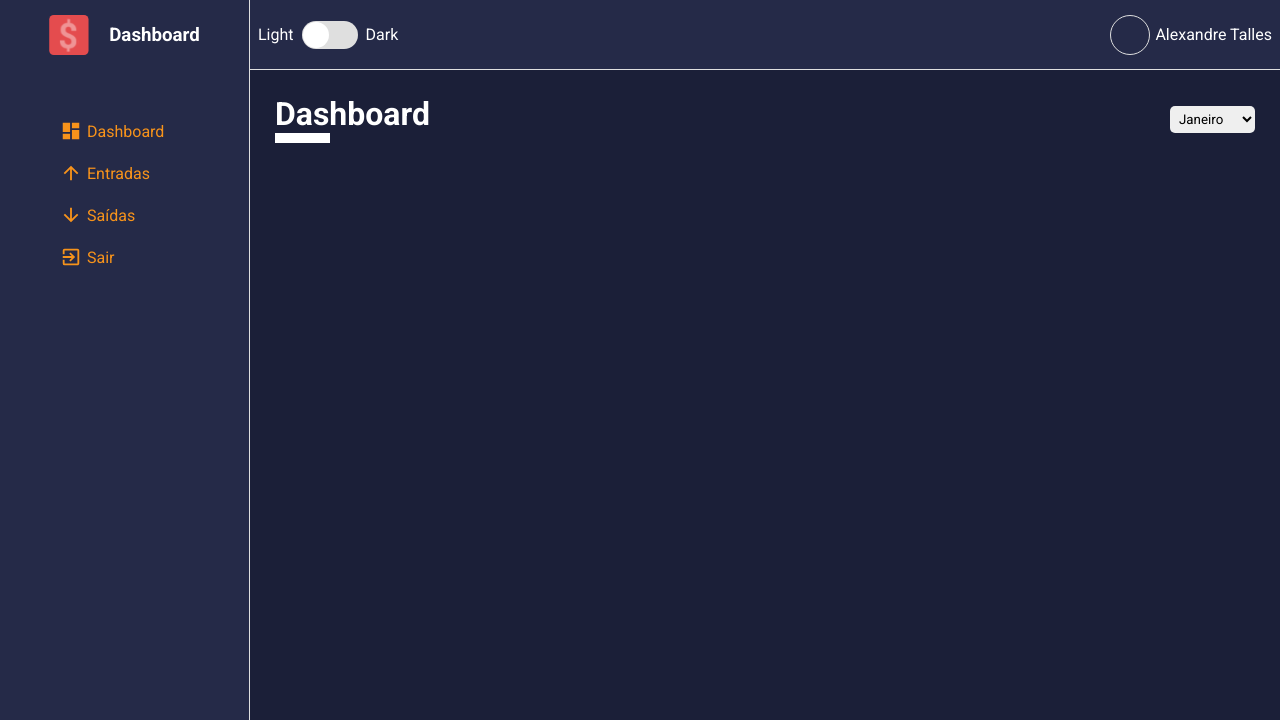
Repository: XFERRER7/dashboard
Page: /
An editor plug-in stored every save of this project. The page is shown before and after a run of saves, followed by the edit.
The browser window is 1280 px wide. The pictures show the whole page.
The project was rebuilt for these pictures with package versions that can differ from the ones it lists, and the page was loaded fresh each time. Also part of the build but not shown: vite.config.ts.

Above is the page before, as saved 2022-07-09 23:39:19.

After the next 2 saves:
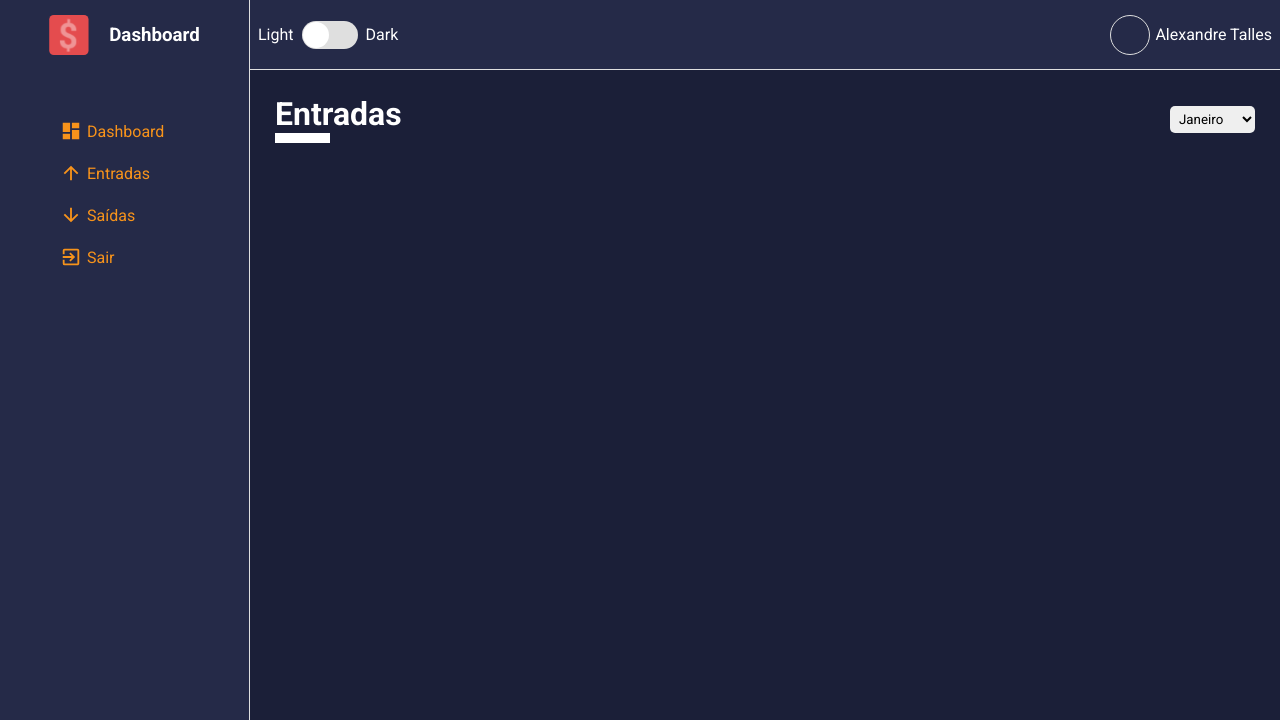
The 2 saves are shown as one change because they came seconds apart.
The last was saved 19 s later.
--- a/src/pages/List/index.tsx
+++ b/src/pages/List/index.tsx
@@ -23,7 +23,7 @@ export const List = () => {
 
   return (
     <Container>
-      <HeaderContent titulo={'Dashboard'} lineColor={'#fff'}>
+      <HeaderContent titulo={'Entradas'} lineColor={'#fff'}>
         <Select option={options}/>
       </HeaderContent>
     </Container>
